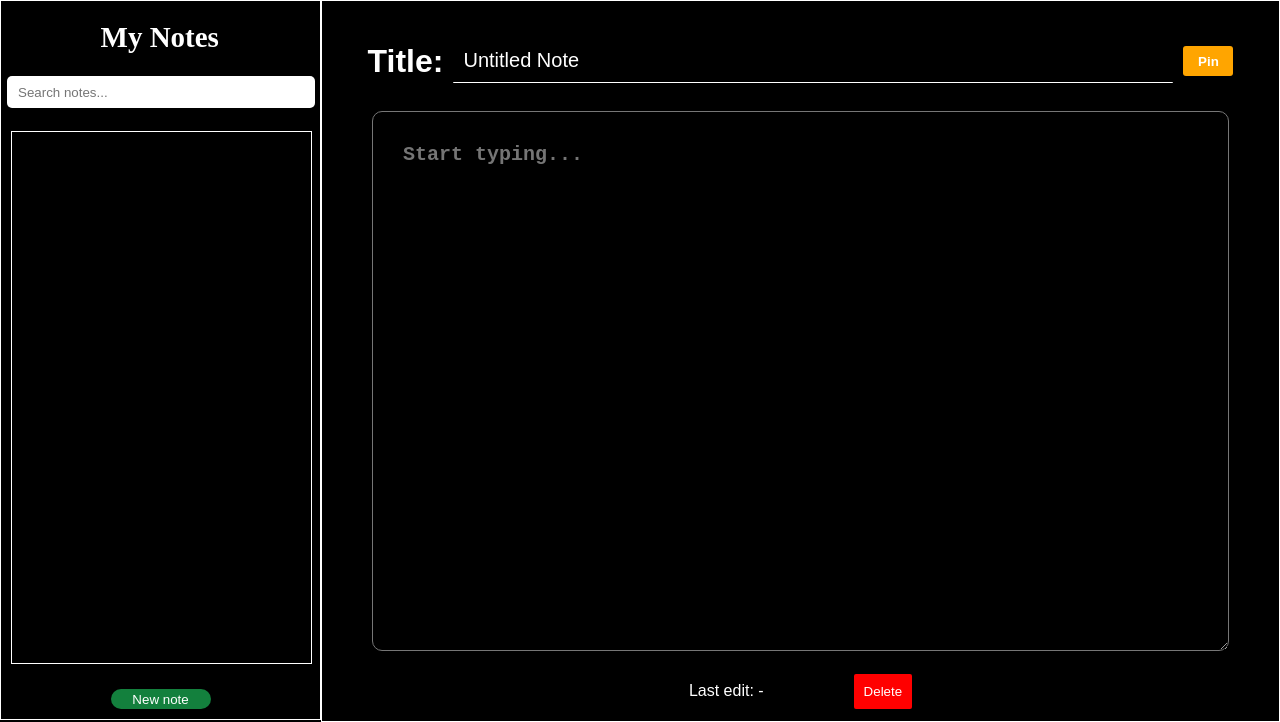
Repository: dmpelaez/myNotes
Page: QuickNotes.html
The author's editor kept a copy of each file at every save. The page is drawn from the files as they stood at one save, then again after the next save.
The browser window is 1280 px wide. The pictures show the whole page.

Above is the page before, as saved 2025-12-19 02:12:04.

### QuickNotes.html
<!DOCTYPE html>

  <html>

    <head>

      <title>Quick Notes</title>

      <!--CSS LINK-->
      <link rel="stylesheet" href="QuickNotes.css">
    </head>
    <body>

      <!--Note section-->
      <aside class="aside-section">

        <!--My notes part-->
        <div class="myNotes">
          <p class="my-notes-text">My Notes</p>
        </div>
        <!--Search notes-->
        <div class="input-box">
          <input class="input" placeholder="Search notes..." oninput="renderNotes()">
        </div>
        <!--Notes-->
        <div class="note-list"></div>
        <!--add button-->
        <button class="add-button" onclick="addNote()">New note</button>

      </aside>

      <!---Typing section-->
      <main class="main-section">

        <!--Header-->
        <div class="header-section">
          <h1>Title:</h1>
          <input class="title-notes" placeholder="Untitled Note" oninput="currentUpdate()">
          <button class="pin-btn" onclick="togglePin()">Pin</button>
        </div>

        <!--text area-->
        <div class="texting-area">
          <textarea class="textarea" placeholder="Start typing..." oninput="currentUpdate()"></textarea>
        </div>

        <!---Delete button-->
        <div class="delete">
          <span class="edit">Last edit: -</span>
          <button class="delete-btn" onclick="showModal()">Delete</button>
        </div>

        <div class="delete-confirm">

          <div class="modal-delete">
            <h1>Are you sure?</h1>
            <p class="sure-text">Are you sure you want to delete the note permanently?</p>
            You can't undo this action.
          </div>

          <!--delete and cancel button-->
          <div class="btn-section">
            <button class="cancel-btn" onclick="cancelModal()">Cancel</button>
            <button class="remove-btn" onclick="remove()">Remove</button>
          </div>


        </div>

      </main>

    <script src="QuickNote.js"></script>
    </body>

  </html>

### QuickNotes.css
body {
  margin: 0;
  padding: 0;
  background: black;
  box-sizing: border-box;
  display: Flex;
  height: 100vh;
}
* {
  color: rgb(255, 255, 255);
}
.aside-section {
  border: 1px solid white;
  display: grid;
  width: 400px;
  grid-template-rows: 40px 30px 1fr 20px;
  padding: 10px;
  gap: 25px;

}

.my-notes-text {
  display: flex;
  margin: 0px;
  justify-self: center;
  align-self: center;
  margin-top: 10px;
}
.note-list {
  border: 1px solid white;
  width: 100%;
  color: white;
  display: flex;
  overflow: hidden;
}

.note-item {
  border: 1px solid #333;
  padding: 1rem;
  position: relative;
  cursor: pointer;
}
.note-item.active {
  background: #333;
}

.my-notes-text {
  font-weight: bold;
  font-size: 29px;
  flex-shrink: 0;
  width: 120px;
}

.input {
  color: black;
  display: flex;
  align-self: center;
  justify-self: center;
  Width: 99%;
  height: 100%;
  border-radius: 5px;
  border: none;
  outline: none;
  padding-left: 10px;
  margin-left: 1px;
}
.input::placeholder {
  padding-left: 1px;

}

.add-button {
  width: 100px;
  display: flex;
  justify-self: center;
  background: rgb(19, 128, 61);
  border: none;
  border-radius: 10px;
  color: white;
  font-family: arial;
  align-items: center;
  justify-content: center;
  cursor: pointer;
}

.note-list {
  display: grid;
}

.main-section {

  left: 26.5%;
  border: 1px solid white;
  right: 0px;
  height: 100%;
  display: grid;
  grid-template-rows: 70px 1fr 30px;
  gap: 40px;
  width: 100%;
}

.header-section {
  display: flex;
  justify-self: center;
  align-self: center;
  gap: 10px;
  margin-top: 50px;
  align-items: center;
  padding-left: 20px;
  padding-right: 20px;
}
.title-notes {
  width: 700px;
  padding: 10px;
  border-radius: 1px;
  background: none;
  border: none;
  border-bottom: 1px solid white;
  outline: none;
 font-size: 20px;
 font-family: arial;
}

.title-notes::placeholder {
  color: white;
  font-family: arial;
  font-size: 20px;

}

.pin-btn {
  background: orange;
  border: none;
  border-radius: 3px;
  font-family: arial;
  font-weight: bold;
  width: 50px;
  height: 30px
}

.texting-area {
  display: flex;
  padding-right: 50px;
  padding-left: 50px;
}
.textarea {
  background: black;
  outline: none;
  display: flex;
  width: 100%;
  padding-left: 30px;
  padding-right: 80px;
  padding-top: 30px;
  line-height: 25px;
  font-size: 20px;
  font-weight: bold;
  border-radius: 10px;
}

.delete {
  display: flex;
  justify-content: center;
  align-items: center;
  gap: 90px;
  margin-bottom: 40px;

}
.delete-btn {
  background: red;
  border: none;
  border-radius: 2px;
  padding: 10px;
  cursor: pointer;
}
.edit {
  font-family: arial;
}

.delete-confirm {
  display: none;
  pointer-events: none;

}

.delete-confirm.active {
  position: absolute;
  left: 20%;
  top: 20%;
  display: flex;
  background: rgb(59, 58, 58);
  border-radius: 10px;
  flex-direction: column;
  align-items: center;
  justify-content: center;
  padding: 10px;
  height: 200px;
  pointer-events: auto;
  cursor: pointer;
}
.modal-delete {
  padding: 20px;
  display: flex;
  flex-direction: column;
  align-items: center;
  font-family: arial;

}
h1 {
  display: flex;
  justify-self: center;
  margin: 0px;
  font-family: arial;
}
.sure-text {
  margin: 0px;
  margin-top: 10px;
  font-family: arial;
}


.btn-section {
  display: flex;
  gap: 10px;
}

.cancel-btn {
  background: gray;
  border: none;
  border-radius: 5px;
  font-weight: bold;
  padding: 10px;
  cursor: pointer;
}
.remove-btn {
  background: red;
  border: none;
  border-radius: 5px;
  font-family: arial;
  font-weight: bold;
  cursor: pointer;
}

### QuickNote.js
//Aside section
const input = document.querySelector('.input');
const noteList = document.querySelector('.note-list');
const addBtn = document.querySelector('.add-button');

//Main section
const titleNotes = document.querySelector('.title-notes');
const pinBtn = document.querySelector('.pin-btn');
const textArea = document.querySelector('.textarea');

//delete button section
const btnDelete = document.querySelector('.delete-btn');
const edit = document.querySelector('.edit');

//delete confirm
const deleteConfirm = document.querySelector('.delete-confirm');

//remove and cancel button
const cancelBtn = document.querySelector('.cancel-btn');
const removeBtn = document.querySelector('.remove-btn');


//save notes

let notes = JSON.parse(localStorage.getItem('notes')) || [];
let currentId = null;


function saveNotes() {
  localStorage.setItem('notes', JSON.stringify(notes));
}

function renderNotes() {

const query = input.value.toLowerCase();


const pinned = notes.filter(n => n.pinned);
const others = notes.filter(n => !n.pinned);

const filtered = [...pinned, ...others]
.filter(n =>
  n.title.toLowerCase().includes(query) || n.content.toLowerCase(query)
);


for (let note of filtered) {

const div = document.createElement("div");
div.className = "note-item" + (note.id === currentId ? " active" : "");
div.onclick = () => selectNote(note.id);
div.innerHTML = `

<h1>${note.title}</h1>
<small>${note.date}</small>
${note.pinned ? `<span class="icon-pin">iconPin</span>` : ''}

`;
noteList.appendChild(div);

}
};

function selectNote(id) {
  currentId = id;
  const note = notes.find(n => n.id === id);
  if (!note) return;
  titleNotes.value = note.title;
  textArea.value = note.content;
  edit.textContent = "Last edit: " + note.date;
  pinBtn.innerHTML = note.pinned ? "Unpin" : "Pin";
  renderNotes();
};

function currentUpdate() {
  const note = notes.find(n => n.id === currentId);
  if (!note) return;
  note.title = titleNotes.value;
  note.content = textArea.value;
  note.date = new Date().toLocaleString();
  edit.textContent = "Last edited: " + note.date;
  saveNotes();
  renderNotes();
}

function addNote() {
  const newNote = {
    id: Date.now(),
    title: "",
    content: "",
    date: new Date().toLocaleString(),
    pinned: false
  };
  notes.unshift(newNote);
  currentId = newNote.id;
  saveNotes();
  renderNotes();
  selectNote(newNote.id);
};



function showModal() {

 deleteConfirm.classList.add("active");

}

function cancelModal() {

 deleteConfirm.classList.remove("active");

}


function remove() {

  notes = notes.filter(n => n.id !== currentId);
  currentId = null;
  titleNotes.value = "";
  textArea.value = "";
  edit.textContent = "Last edit: -";
  saveNotes();
  renderNotes();
  cancelModal();
}


function togglePin() {
 const note = notes.filter(n => n.id === currentId);
 if (!note) return;
 note.pinned = !note.pinned;
 pinBtn.innerText = note.pinned ? 'Unpin' : 'Pin';
 saveNotes();
 renderNotes();
}



renderNotes();

After the next save:
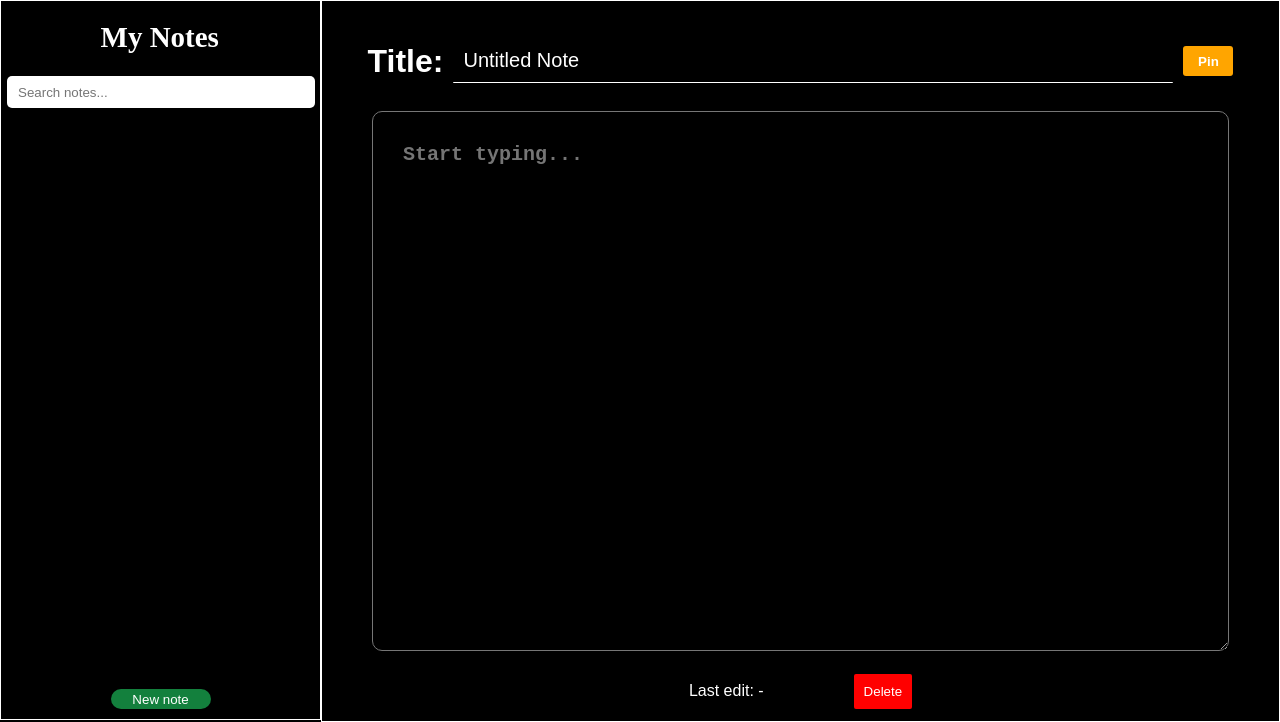
Saved 44 s later.
--- a/QuickNotes.css
+++ b/QuickNotes.css
@@ -27,11 +27,7 @@ body {
   margin-top: 10px;
 }
 .note-list {
-  border: 1px solid white;
-  width: 100%;
-  color: white;
-  display: flex;
-  overflow: hidden;
+
 }
 
 .note-item {
